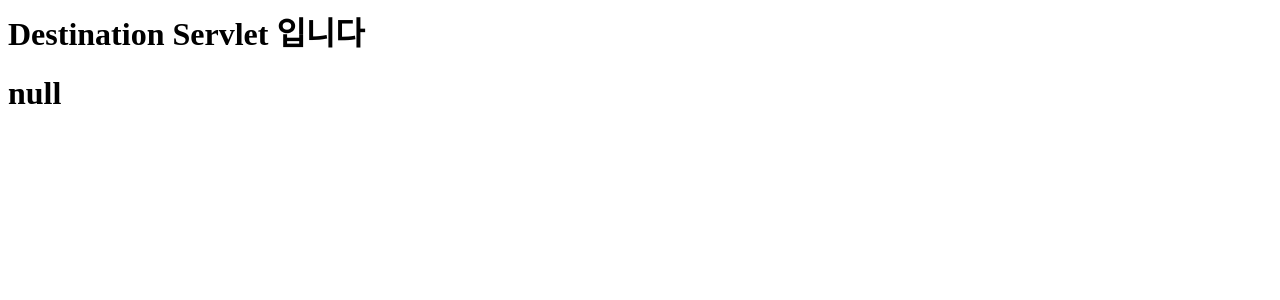
Repository: JIYEON25/HTML-CSS-JS
Page: http://localhost/myWeb/Destination
An editor plug-in stored every save of this project. The page is shown before and after a run of saves, followed by the edit.
The browser window is 1280 px wide. The pictures show the whole page.
The page is served by Tomcat 9.

Above is the page before, as saved 2023-09-12 06:57:54.

After the next 2 saves:
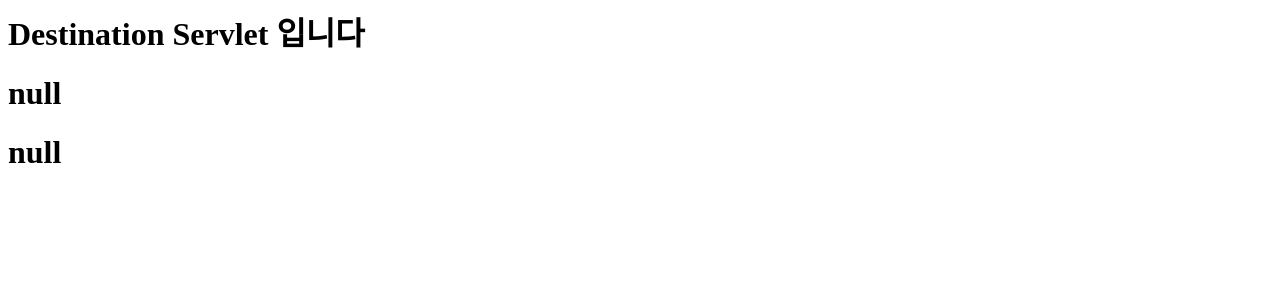
The 2 saves are shown as one change because they came seconds apart.
The last was saved 53 s later.
--- a/myJSP/myWeb/src/main/java/sample/Destination.java
+++ b/myJSP/myWeb/src/main/java/sample/Destination.java
@@ -25,8 +25,9 @@
 		 out.println("</head>");
 		 out.println("<body>");
 		 out.println("<h1> Destination Servlet 입니다</h1>");
-		 out.println("<h1>"+ request.getAttribute("myName")+ "</h1>");
+		 out.println("<h1>"+ request.getAttribute("myName") + "</h1>");
 		 String myAge = (String)request.getAttribute("myAge");
+		 out.println("<h1>"+ myAge + "</h1>");
 		 out.println("</body>");
 		 out.println("</html>");
 		 } finally {
